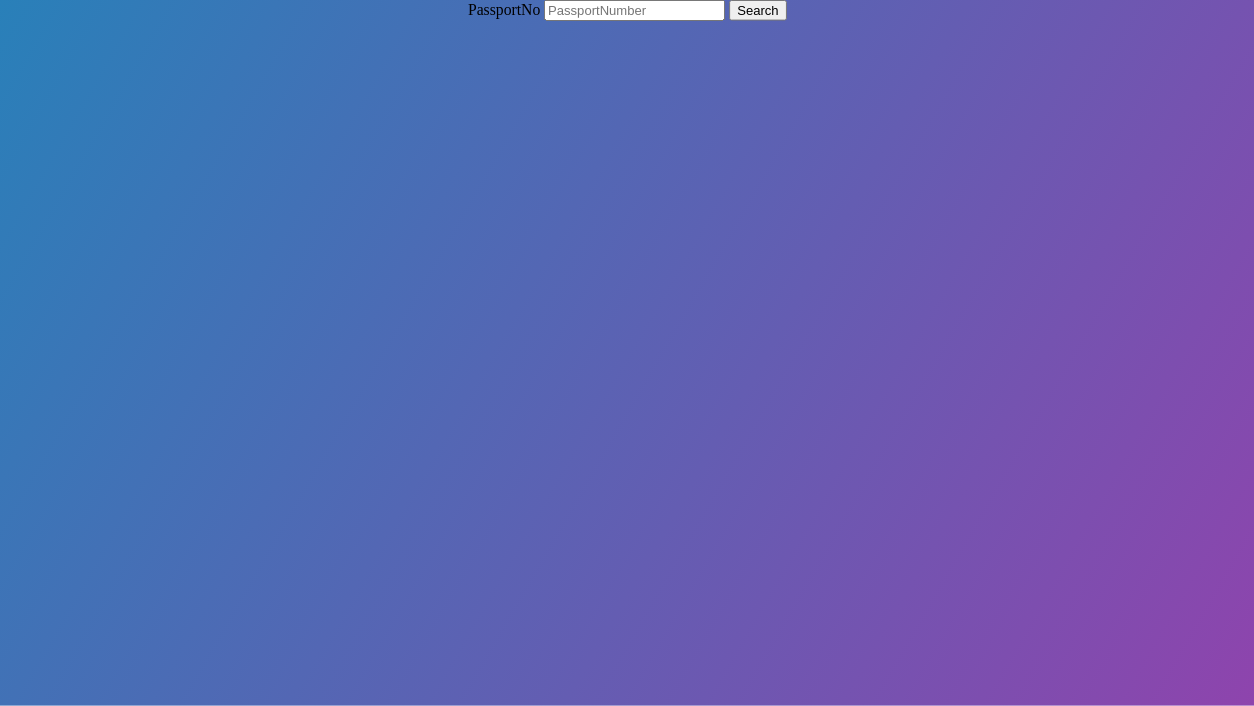
Repository: kalpesh3070/backend2
Page: flyaway/src/main/webapp/My_Ticket.html
An editor plug-in stored every save of this project. The page is shown before and after the next save, followed by the edit.
The browser window is 1280 px wide. The pictures show the whole page, at 98% of full size.

Above is the page before, as saved 2022-11-13 19:18:43.

### flyaway/src/main/webapp/My_Ticket.html
<!DOCTYPE html>
<html>
<head>
<meta charset="ISO-8859-1">
<link rel="stylesheet" href="My_ticket.css">
<title>Insert title here</title>
</head>
<body>
<div class="body">
<center>
<form action="Mytickets">

<label>PassportNo</label>
<input type="text" name="passportnumber" placeholder="PassportNumber">

<input type="submit" value="Search">

</div>
</form>
</center>
</body>
</html>

### flyaway/src/main/webapp/My_ticket.css
@charset "ISO-8859-1";
body{
margin: 0;
padding: 0;
font-family: montserrat;
background: linear-gradient(120deg,#2980b9,#8e44ad);
height: 100vh;
overflow:hidden;
}

After the next save:
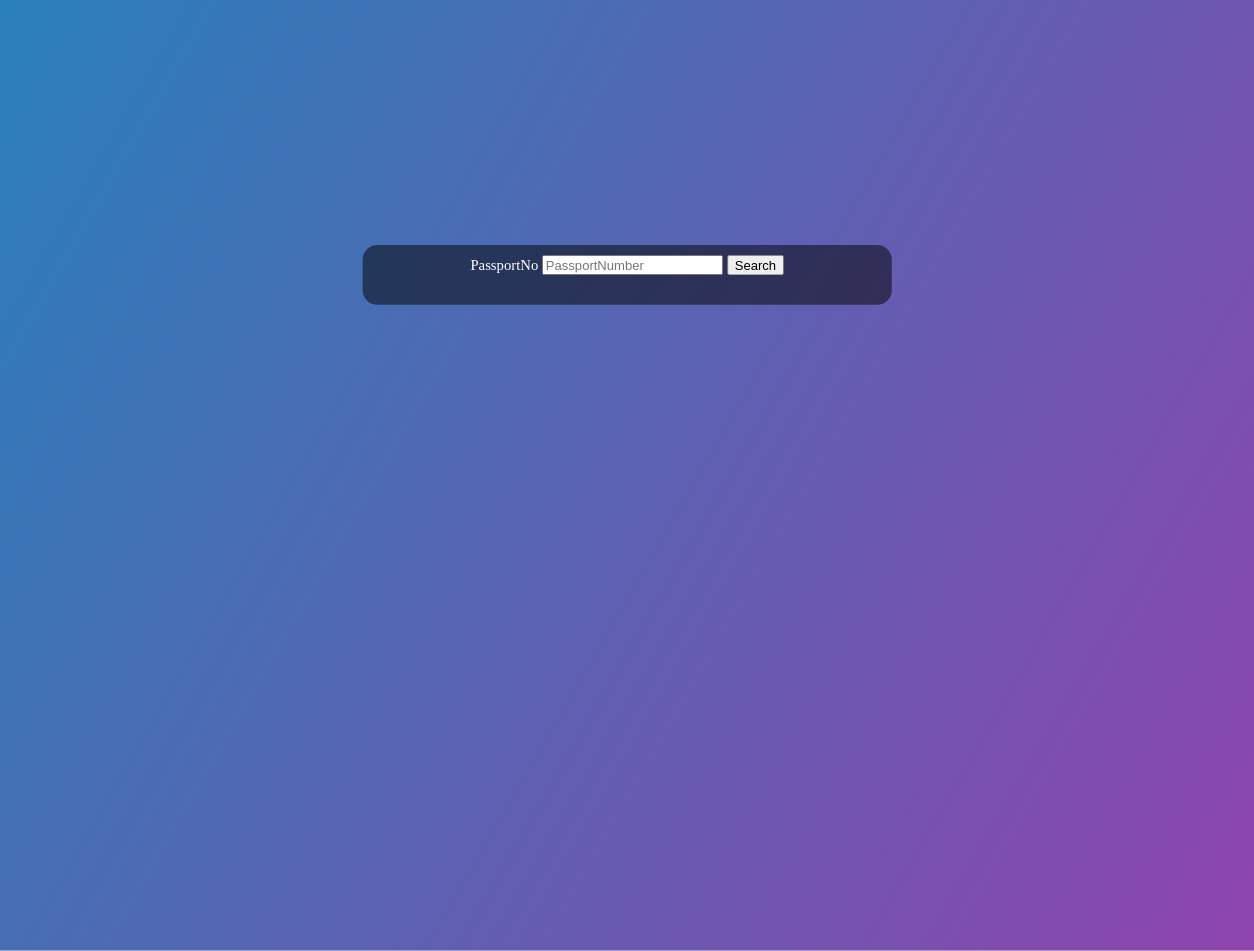
Saved 46 s later.
--- a/flyaway/src/main/webapp/My_ticket.css
+++ b/flyaway/src/main/webapp/My_ticket.css
@@ -7,3 +7,12 @@ background: linear-gradient(120deg,#2980b9,#8e44ad);
 height: 100vh;
 overflow:hidden;
 }
+.body{
+	width : 500px;
+background-color: rgba(0,0,0,.5);
+padding:10px 20px 30px;
+margin:250px auto;
+color:white;
+font-size:15px;
+border-radius: 15px;
+}
